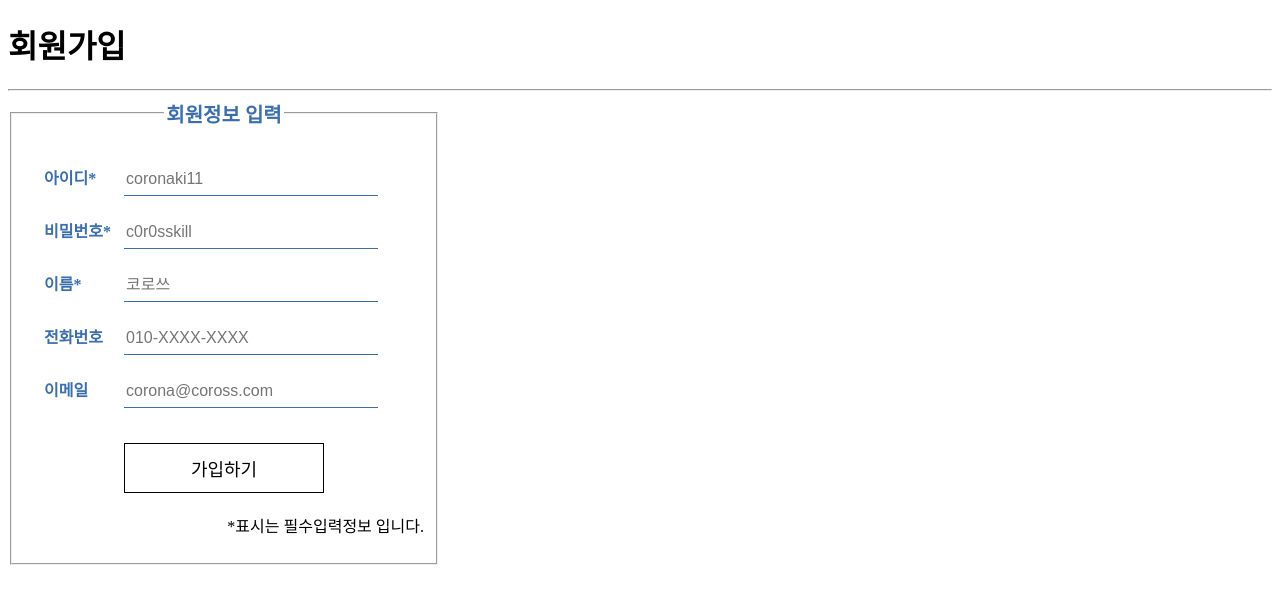
Repository: bbookk1104/spring-workspace
Page: http://localhost/practice_CRUD/joinFrm.do
These files come from the project's save history. The page is drawn as it stood at one moment and after the next save; the edit follows.
The browser window is 1280 px wide. The pictures show the whole page.
The page is served by Tomcat 9. Other server files are loaded and not shown.

Above is the page before, as saved 2022-09-30 10:15:04.

### practice_CRUD/src/main/webapp/WEB-INF/views/member/joinFrm.jsp
<%@ page language="java" contentType="text/html; charset=UTF-8"
    pageEncoding="UTF-8"%>
<!DOCTYPE html>
<html>
<head>
<meta charset="UTF-8">
<title>회원가입</title>
<style>
	ul{
		margin: 20px;
		padding: 0;
	}
	li{
		list-style-type: none;
	}
	input[type=text], input[type=password]{
		width: 250px;
		height: 30px;
		margin: 10px 0px 10px 0px;
		border: 0;
		border-bottom: 1px solid #396EB0;
		font-size: 16px;
	}
	input:focus{
		outline: 0;
		color: #396EB0;
		font-weight: bold;
	}
	input[type=submit]{
		margin-top: 25px;
		width:200px;
		height:50px;
		border: 1px solid #000;
		background-color: #fff;
		font-size: 18px;
	}
	input[type=submit]:hover{
		cursor: pointer;
		border-color: #396EB0;
		background-color: #396EB0;
		color: #fff;
		font-weight: bold;
		transition: 0.5s;
	}
	label{
		display: inline-block;
		width: 80px;
		height: 30px;
		color: #396EB0;
		font-weight: 900;
	}
	fieldset{
		width: 400px;
	}
	legend{
		color: #396EB0;
		font-weight: 900;
		font-size: 20px;
		text-align: center;
	}
	p{
		text-align: right;
	}
</style>
</head>
<body>
	<h1>회원가입</h1>
	<hr>
	<form action="/insertMember.do" method="post">
		<fieldset>
			<legend>회원정보 입력</legend>
			<ul>
				<li><label for="id">아이디*</label><input type="text" name="memberId" id="id" placeholder="coronaki11" autocomplete="off" required></li>
				<li><label for="pw">비밀번호*</label><input type="password" name="memberPw" id="pw" placeholder="c0r0sskill" autocomplete="off" required></li>
				<li><label for="name">이름*</label><input type="text" name="memberName" id="name" placeholder="코로쓰" autocomplete="off" required></li>
				<li><label for="phone">전화번호</label><input type="text" name="phone" id="phone" placeholder="010-XXXX-XXXX" autocomplete="off"></li>
				<li><label for="email">이메일</label><input type="text" name="email" id="email" placeholder="corona@coross.com" autocomplete="off"></li>
				<li style="text-align: center;"><input type="submit" value="가입하기"></li>
			</ul>
			<p>*표시는 필수입력정보 입니다.</p>
		</fieldset>
	</form>
</body>
</html>

After the next save:
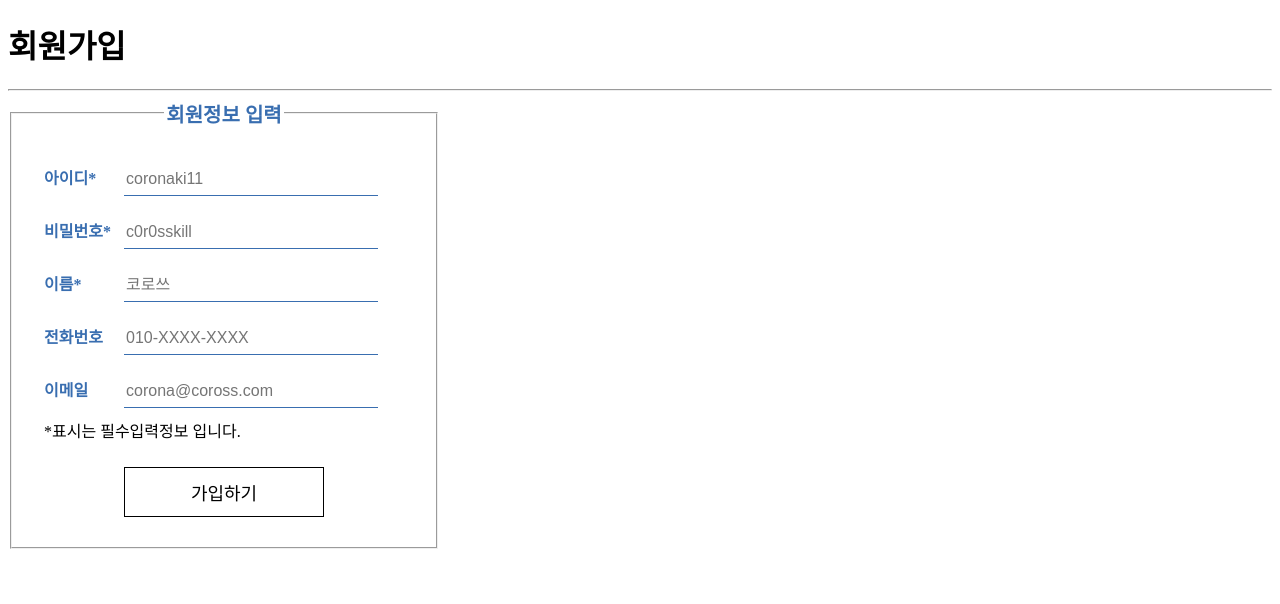
Saved 17 s later.
--- a/practice_CRUD/src/main/webapp/WEB-INF/views/member/joinFrm.jsp
+++ b/practice_CRUD/src/main/webapp/WEB-INF/views/member/joinFrm.jsp
@@ -75,9 +75,9 @@
 				<li><label for="name">이름*</label><input type="text" name="memberName" id="name" placeholder="코로쓰" autocomplete="off" required></li>
 				<li><label for="phone">전화번호</label><input type="text" name="phone" id="phone" placeholder="010-XXXX-XXXX" autocomplete="off"></li>
 				<li><label for="email">이메일</label><input type="text" name="email" id="email" placeholder="corona@coross.com" autocomplete="off"></li>
+			<span>*표시는 필수입력정보 입니다.</span>
 				<li style="text-align: center;"><input type="submit" value="가입하기"></li>
 			</ul>
-			<p>*표시는 필수입력정보 입니다.</p>
 		</fieldset>
 	</form>
 </body>
